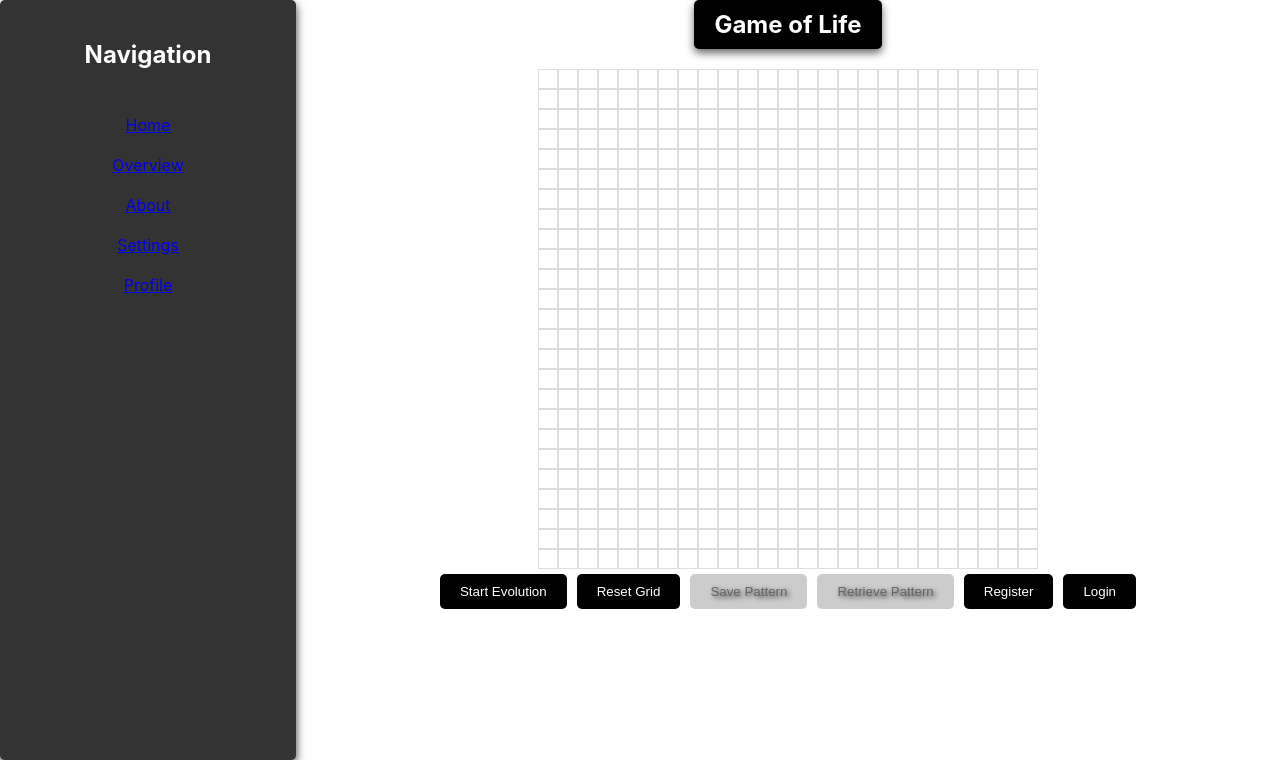
Repository: MarioDiekmann/GameOfLife
Page: /
An editor plug-in stored every save of this project. The page is shown before and after the next save, followed by the edit.
The browser window is 1280 px wide. The pictures show the whole page.
The project was rebuilt for these pictures with package versions that can differ from the ones it lists, and the page was loaded fresh each time. Also part of the build but not shown: src/components/InputForm.js, src/components/LoadPatternForm.js, src/components/RegistrationForm.js, src/components/LoginForm.js, src/pages/Overview.js.

Above is the page before, as saved 2024-11-06 18:43:21.

### src/App.js
import React from 'react';
import { BrowserRouter as Router, Route, Routes } from 'react-router-dom';
import Game from './components/Game';
import Overview from './pages/Overview';
import './App.css';
import {AuthProvider} from './AuthContext';


function App() {
  return (
    <AuthProvider>
    <Router>
      <div className="App">
        <Routes>
          <Route path="/" element={<Game/>} />
          <Route path="/Overview" element={<Overview/>} />
        </Routes>
      </div>
    </Router>
    </AuthProvider>
  );
}

export default App;

### src/components/Game.js
import React, { useState, useEffect, useCallback, useRef, useContext } from "react";
import Cell from "./Cell";
import axios from "axios";
import InputForm from "./InputForm";
import './Game.css';
import NavBar from "./NavBar";
import LoadPatternForm from "./LoadPatternForm";
import RegistrationForm from "./RegistrationForm";
import LoginForm from "./LoginForm";
import { AuthContext } from '../AuthContext';

const Game = () => {
    const startingsize = 25;
    const [size, setSize] = useState(startingsize);
    const [epochs, setEpochs] = useState(0);
    const [isEvolving, setIsEvolving] = useState(false);
    const [initialPattern, setInitialPattern] = useState([]);
    const [numResizes, setNumResizes] = useState(0);


    const [isFormVisible, setIsFormVisible] = useState(false); // State to control form visibility
    const [patternRequested, setPatternRequested] = useState(false);
    const [registrationRequested, setRegistrationRequested] = useState(false);
    const [loginRequested, setLoginRequested] = useState(false);
    const initGrid = () => Array.from({ length: size }, () => Array(size).fill(false));
    const [grid, setGrid] = useState(initGrid());
    const [tokenPresent, setTokenPresent] = useState(false);

    const previousGridRef = useRef(grid); // Reference to hold the previous grid

    const { isTokenExpired, handleLogout, token } = useContext(AuthContext);

    useEffect(() => {
        if (isTokenExpired || !token) {
            setTokenPresent(false);
            if (isTokenExpired) {
                alert("Your session has expired. Please log in again.");
                handleLogout();
            }
        } else {
            setTokenPresent(true);
        }
    }, [isTokenExpired, token, handleLogout]);

    const toggleCellState = (row, col) => {
        setGrid(prevGrid => {
            const newGrid = prevGrid.map((r, i) =>
                r.map((cell, j) => (i === row && j === col ? !cell : cell))
            );
            return newGrid;
        });
    };

    const resetGrid = () => {
        setIsEvolving(false);
        setEpochs(0);
        setSize(prevSize => {
            const newGrid = Array.from({ length: startingsize }, () => Array(startingsize).fill(false));
            setGrid(newGrid);
            setInitialPattern(newGrid);
            setNumResizes(0);
            return startingsize;
        });
    };

    const renderGrid = () => {
        return grid.map((row, rowIndex) => (
            <div key={rowIndex} className="row">
                {row.map((cell, colIndex) => (
                    <Cell
                        key={`${rowIndex}-${colIndex}`}
                        isAlive={cell}
                        onClick={() => toggleCellState(rowIndex, colIndex)}
                        numResizes = {numResizes}
                    />
                ))}
            </div>
        ));
    };

    const countNeighboursAlive = useCallback((row, col) => {
        let count = 0;
        for (let i = row - 1; i <= row + 1; i++) {
            for (let j = col - 1; j <= col + 1; j++) {
                if ((i >= 0 && i < size) && (j >= 0 && j < size) && !(i === row && j === col)) {
                    count += grid[i][j] ? 1 : 0;
                }
            }
        }
        return count;
    }, [grid, size]);

    const updateGrid = useCallback(() => {
        let newGrid = grid.map((row, rowIndex) =>
            row.map((cell, colIndex) => {
                const gridCount = countNeighboursAlive(rowIndex, colIndex);
                return cell ? gridCount === 2 || gridCount === 3 : gridCount === 3;
            })
        );
        setGrid(newGrid);
        return newGrid;
    }, [countNeighboursAlive, grid]);

    const saveInitialPattern = () => {                                          //CAN I MAKE IT SAVE WITHOUT STARTING EVOLUTION
        const deepCopy = grid.map(row => row.slice());
        setInitialPattern(deepCopy); // Save current grid as the initial pattern
    };

    const checkEdges = useCallback(() => {
        const indicesAlive = [];
        // Check upper, right, lower, and left edges
        for (let col = 0; col < size - 2; col++) {
            if (grid[0][col] && grid[0][col + 1] && grid[0][col + 2]) {
                indicesAlive.push([0, col + 1]);
                indicesAlive.push([-1, col + 1]);
            }
        }
        for (let row = 0; row < size - 2; row++) {
            if (grid[row][size - 1] && grid[row + 1][size - 1] && grid[row + 2][size - 1]) {
                indicesAlive.push([row + 1, size - 1]);
                indicesAlive.push([row + 1, size]);
            }
        }
        for (let col = size - 1; col > 1; col--) {
            if (grid[size - 1][col] && grid[size - 1][col - 1] && grid[size - 1][col - 2]) {
                indicesAlive.push([size - 1, col - 1]);
                indicesAlive.push([size, col - 1]);
            }
        }
        for (let row = size - 1; row > 1; row--) {
            if (grid[row][0] && grid[row - 1][0] && grid[row - 2][0]) {
                indicesAlive.push([row - 1, 0]);
                indicesAlive.push([row - 1, -1]);
            }
        }
        return indicesAlive;
    }, [grid, size]);

    const expandGrid = useCallback((indicesAlive) => {
        setGrid(prevGrid => {
            const newSize = 2 * size; // Double the size
            setNumResizes(prev => prev + 1);
            const newGrid = Array.from({ length: newSize }, () => Array(newSize).fill(false));

            // Calculate the offset to center the old grid in the new one
            const rowOffset = Math.floor((newSize - size) / 2);
            const colOffset = Math.floor((newSize - size) / 2);

            // Copy the existing grid to the center of the new grid
            for (let row = 0; row < size; row++) {
                for (let col = 0; col < size; col++) {
                    if (prevGrid[row][col]) {
                        newGrid[row + rowOffset][col + colOffset] = true; // Copy with offsets
                    }
                }
            }

            // Handle indicesAlive and place the alive cells correctly
            for (const [row, col] of indicesAlive) {
                let newRow = row;
                let newCol = col;

                // Adjust row and col if they are outside the original grid
                if (row === -1) newRow = rowOffset - 1;
                if (col === -1) newCol = colOffset - 1;

                newRow += rowOffset;
                newCol += colOffset;

                // Make sure the calculated newRow and newCol are within bounds
                if (newRow >= 0 && newRow < newSize && newCol >= 0 && newCol < newSize) {
                    newGrid[newRow][newCol] = true;  // Mark the cell as alive in the new grid
                }
            }

            setSize(newSize);  // Update size to the new expanded size
            return newGrid;
        });
    }, [size]);

    const runEpoch = useCallback(() => {
        const prevGrid = previousGridRef.current;
        const newGrid = updateGrid();

        const gridsAreEqual = prevGrid.every((row, i) =>
            row.every((cell, j) => cell === newGrid[i][j])
        );

        if (gridsAreEqual) {
            setIsEvolving(false);
            alert("You reached a stillstand");
            return true;
        }

        const indicesAlive = checkEdges(); // Check if we need to expand the grid
        if (indicesAlive.length !== 0) {
            expandGrid(indicesAlive);
        }

        setEpochs(prevEpochs => prevEpochs + 1);
        previousGridRef.current = newGrid;
        return false;
    }, [checkEdges, expandGrid, updateGrid]);

    useEffect(() => {
        if (!isEvolving) return;

        const maxEpochs = 1000;
        let updatedEpochs = 0;

        const interval = setInterval(() => {
            if (updatedEpochs < maxEpochs) {
                const stillstand = runEpoch();
                if (stillstand) {
                    clearInterval(interval);
                }
                updatedEpochs++;
            } else {
                setIsEvolving(false);
                clearInterval(interval);
            }
        }, 2000);

        return () => clearInterval(interval);
    }, [isEvolving, runEpoch]);

    const startEvolution = () => {
        previousGridRef.current = grid;
        saveInitialPattern();
        setIsEvolving(!isEvolving);

    };

    const stopEvolution = () => {
        previousGridRef.current = grid;
        setIsEvolving(!isEvolving);
    };

    const retrievePattern = (pattern)=>{
        initGrid();
        setGrid(pattern);
        setInitialPattern(pattern);
        setEpochs(0);
        setIsEvolving(false);
        setPatternRequested(false);
    }

    const closeForm = () => {
        setIsFormVisible(false); // Close the save pattern form
        setPatternRequested(false); // Close the retrieve pattern form
        setRegistrationRequested(false); // Close the registration form
        setLoginRequested(false); // Close the login form
    };

    const closeLogin = () => {
        setLoginRequested(false); // Close the login form
        window.location.reload();
    };

    const makeFormVisible = () => {
        saveInitialPattern();                                       //now does it work wiout start evolution???
        setIsFormVisible(true); // Show the form to save pattern
    };

    const makeRequestVisible = () => {
        setPatternRequested(true); // Show the form to retrieve pattern
    };

    const makeRegistrationVisible = () => {
        setRegistrationRequested(true); // Show the form to register
    };

    const makeLoginVisible = () => {
        if(token){
            handleLogout();
        }
        else{
        setLoginRequested(true)}; // Show the form to log in

    };

    return (
        <div style={{ display: 'flex', height: '100vh' }}>
            <NavBar />
            <div style={{ flexGrow: 1, display: 'flex', flexDirection: 'column', alignItems: 'center' }}>
                <div className="banner">
                    <h1>Game of Life</h1>
                </div>
                <br />

                {renderGrid()}
                <div className="button-container">
    <button className="button" onClick={isEvolving ? stopEvolution : startEvolution}>
        {isEvolving ? "Stop Evolution" : "Start Evolution"}
    </button>
    <button className="button reset-btn" onClick={resetGrid}>Reset Grid</button>
    {/*<div>EPOCHS: {epochs}</div>*/}
    <button className="button" onClick={makeFormVisible} disabled={!tokenPresent}>Save Pattern</button>
    <button className="button" onClick={makeRequestVisible} disabled={!tokenPresent}> Retrieve Pattern</button>
    <button className="button" onClick={makeRegistrationVisible}>Register</button>
    <button className="button" onClick={makeLoginVisible}>{token ? "Logout" : "Login"}</button>
</div>


                {/* Show the form conditionally */}
                {isFormVisible && (
                    <div className="popup-overlay">
                        <div className="popup-content">
                            <InputForm pattern={initialPattern} onSubmit={closeForm} />
                        </div>
                    </div>
                )}
                {patternRequested && (
                    <div className="popup-overlay">
                        <div className="popup-content">
                            <LoadPatternForm onSubmit={closeForm} dataHandling={retrievePattern}  />
                        </div>
                    </div>
                )}
                {registrationRequested && (
                    <div className="popup-overlay">
                        <div className="popup-content">
                            <RegistrationForm onSubmit={closeForm} />
                        </div>
                    </div>
                )}
                {loginRequested && (
                    <div className="popup-overlay">
                        <div className="popup-content">
                            <LoginForm onSubmit={closeLogin} />
                        </div>
                    </div>
                )}
            </div>
        </div>
    );
};

export default Game;

### src/AuthContext.js
import React, { createContext, useState, useEffect, useRef, useCallback } from 'react';

export const AuthContext = createContext();

export const AuthProvider = ({ children }) => {
    const [token, setToken] = useState(localStorage.getItem('authToken'));
    const tokenRef = useRef(token);
    const expirationCheckInterval = useRef(null);

    const isTokenExpired = (token) => {
        if (!token) return true;
        try {
            const { exp } = JSON.parse(atob(token.split('.')[1]));
            return Date.now() >= exp * 1000;
        } catch (error) {
            console.error('Error checking token expiration:', error);
            return true;
        }
    };

    const handleLogout = useCallback(() => {
        console.log('Logging out, clearing token');
        localStorage.removeItem('authToken');
        setToken(null);
        tokenRef.current = null;
        clearInterval(expirationCheckInterval.current);
    }, []);

    const handleExpirationAlert = useCallback(() => {
        console.log('Session expired, alerting user');
        alert('Your session has expired. Please log in again.');
        handleLogout();
    }, [handleLogout]);

    const handleLogin = (newToken) => {
        console.log('Logging in with new token:', newToken);
        localStorage.setItem('authToken', newToken);
        setToken(newToken);
        tokenRef.current = newToken;

        // Check for expiration immediately
        if (isTokenExpired(newToken)) {
            handleExpirationAlert();
        } else {
            startExpirationCheck();
        }
    };

    const startExpirationCheck = useCallback(() => {
        console.log('Starting expiration check interval');
        clearInterval(expirationCheckInterval.current);
        expirationCheckInterval.current = setInterval(() => {
            console.log('Interval tick, checking token expiration');
            if (isTokenExpired(tokenRef.current)) {
                handleExpirationAlert();
            }
        }, 1000);
    }, [handleExpirationAlert]);

    useEffect(() => {
        console.log('useEffect triggered: token is', token);
        tokenRef.current = token;

        if (token) {
            console.log('Token is set, starting expiration check');
            startExpirationCheck();
        } else {
            console.log('No token, clearing interval');
            clearInterval(expirationCheckInterval.current);
        }

        return () => {
            console.log('Clearing interval on unmount or dependency change');
            clearInterval(expirationCheckInterval.current);
        };
    }, [token, startExpirationCheck]);

    return (
        <AuthContext.Provider value={{ token, handleLogin, handleLogout }}>
            {children}
        </AuthContext.Provider>
    );
};

### src/components/Cell.js
import React, { useEffect, useState } from 'react';
import './Cell.css';

const Cell = ({ isAlive, onClick, numResizes }) => {
  // Calculate the size of the cell relative to the screen size
  const [cellSize, setCellSize] = useState(0);

  useEffect(() => {
    // Update cell size based on screen width and height
    const updateCellSize = () => {
      const screenWidth = window.innerWidth;
      const screenHeight = window.innerHeight;

      // Calculate the number of cells that can fit horizontally and vertically
      const cellsPerRow = Math.floor(screenWidth / 20); // 20px is the minimum width for a cell
      const cellsPerColumn = Math.floor(screenHeight / 20); // 20px is the minimum height for a cell

      // Choose the smaller of the two values to ensure the grid fits within the screen
      const cellSize = Math.min(screenWidth / cellsPerRow, screenHeight / cellsPerColumn);

      setCellSize(cellSize);
    };

    // Call once on mount and whenever the window is resized
    updateCellSize();
    window.addEventListener('resize', updateCellSize);

    return () => {
      window.removeEventListener('resize', updateCellSize);
    };
  }, []);

  return (
    <div
      className={`cell ${isAlive ? 'alive' : 'dead'}`}
      onClick={onClick}
      style={{
        width: `${cellSize}px`,
        height: `${cellSize}px`,
      }}
    ></div>
  );
};

export default Cell;

### src/components/Game.css
.popup-overlay {
    position: fixed;
    top: 0;
    left: 0;
    width: 100%;
    height: 100%;
    background: rgba(0, 0, 0, 0.5); /* Semi-transparent background */
    display: flex;
    justify-content: center;
    align-items: center;
    z-index: 1000; /* Ensure it's above other content */
}

.popup-content {
    background: white;
    padding: 20px;
    border-radius: 8px;
    box-shadow: 0 4px 8px rgba(0, 0, 0, 0.1);
    width: 300px;
    z-index: 1001; /* Above the backdrop */
}

body.modal-open {
    overflow: hidden; /* Prevent scrolling when modal is open */
}

.banner {
    background-color: black;
    padding: 10px 20px; /* Adjusted padding for a tighter fit */
    display: inline-block; /* Makes the banner fit the text */
    text-align: center;
    box-shadow: 0 4px 8px rgba(0, 0, 0, 0.6);
    border-radius: 5px; /* Optional: Adds rounded corners */
}

.banner h1 {
    color: white;
    font-size: 2.5em; /* Slightly reduced font size for better fit */
    text-shadow: 2px 2px 5px rgba(0, 0, 0, 0.8);
    margin: 0; /* Removes default margin */
}



.button {
    background-color: black; /* Same as the banner background */
    color: white; /* White text for contrast */
    padding: 10px 20px; /* Padding for a better touch target */
    border: none; /* Remove default border */
    border-radius: 5px; /* Rounded corners */
    cursor: pointer; /* Pointer cursor on hover */
    margin: 5px; /* Space between buttons */
    text-shadow: 2px 2px 5px rgba(0, 0, 0, 0.8); /* Similar text shadow as the banner */
}

.button:hover {
    background-color: #333; /* Slightly lighter on hover */
}

.button:disabled {
    background-color: #ccc; /* Grey background for disabled state */
    color: #666; /* Lighter text color */
    cursor: not-allowed; /* Change cursor to indicate it's disabled */
    pointer-events: none; /* Prevent click events */
}

.button-container {
    position: relative;
    display: inline-block;
}

.tooltip-text {
    visibility: hidden;
    position: absolute;
    bottom: 125%; /* Position above the button */
    left: 50%;
    transform: translateX(-50%);
    background-color: #333;
    color: #fff;
    padding: 5px 10px;
    border-radius: 5px;
    font-size: 0.9em;
    white-space: nowrap;
    z-index: 10;
    opacity: 0;
    transition: opacity 0.3s ease;
}

.button-container:hover .tooltip-text {
    visibility: visible;
    opacity: 1;
}




.row {
    display: flex;
}

.cell {
    border: 1px solid #ddd;
    transition: background-color 0.3s;
}
.cell.alive {
    background-color: black;
}
.cell.dead {
    background-color: white;
}

### src/components/NavBar.js
import React from 'react';
import { Link } from 'react-router-dom';
import './NavBar.css';

const NavBar = () => {
    const navItems = [
        { name: "Home", path: "/" },
        { name: "Overview", path: "/Overview" },
        { name: "About", path: "/about" },
        { name: "Settings", path: "/settings" },
        { name: "Profile", path: "/profile" },
    ];

    return (
        <div className="navbar">
            <h2>Navigation</h2>
            <ul>
                {navItems.map((item, index) => (
                    <li key={index}>
                        <Link to={item.path}>{item.name}</Link>
                    </li>
                ))}
            </ul>
        </div>
    );
};

export default NavBar;

### src/pages/Overview.css
/* Overview.css */
.overview-container {
    display: flex;
    height: 100vh;
}

.navbar {
    width: 20%;
    background-color: #333;
    color: #fff;
    display: flex;
    flex-direction: column;
    align-items: center;
    padding-top: 20px;
    min-height: 100%;
}

.content {
    flex: 1;
    display: flex;
    flex-direction: column;
    align-items: center;
    padding: 20px;
}

.banner h1 {
    color: white;
    font-size: 1.5em;
    text-shadow: 1px 1px 2px rgba(0, 0, 0, 0.5);
    margin: 0;
}

.text-content {
    margin-top: 20px;
    color: #333;
    text-align: center;
    font-size: 1.2em;
}

### src/components/Cell.css
.cell {
  display: inline-flex; /* Align cells next to each other */
  border: 2px solid #ddd;
  box-sizing: border-box; /* Ensure padding and border are included in width/height */
  transition: background-color 0.3s;
}

.cell.alive {
  background-color: black; /* Green for living cells */
}

.cell.dead {
  background-color: white; /* Red for dead cells */
}

### src/components/NavBar.css
.navbar {
    background-color: black;            /* Black background */
    color: white;                       /* White text color */
    padding: 20px;                      /* Padding around the content */
    width: 200px;                       /* Set width for the navbar */
    box-shadow: 0 4px 10px rgba(0, 0, 0, 0.8); /* Add shadow */
    border-radius: 5px;                /* Rounded corners */
    height: 100%;                       /* Full height */
}

.navbar h2 {
    text-align: center;                 /* Center header text */
    margin-bottom: 20px;                /* Space below the header */
}

/* Other styles remain unchanged */


.navbar ul {
    list-style-type: none;              /* Remove default list styles */
    padding: 0;                         /* Remove padding */
}

.navbar li {
    padding: 10px;                      /* Padding for each item */
    cursor: pointer;                    /* Pointer cursor on hover */
    text-align: center;                 /* Center text */
    transition: background-color 0.3s;  /* Smooth background change */
}

.navbar li:hover {
    background-color: #444;             /* Change background on hover */
}

Loaded but not shown: public/index.html (common file); src/index.js (common file); src/index.css (common file); src/reportWebVitals.js (common file); src/App.css (common file)

After the next save:
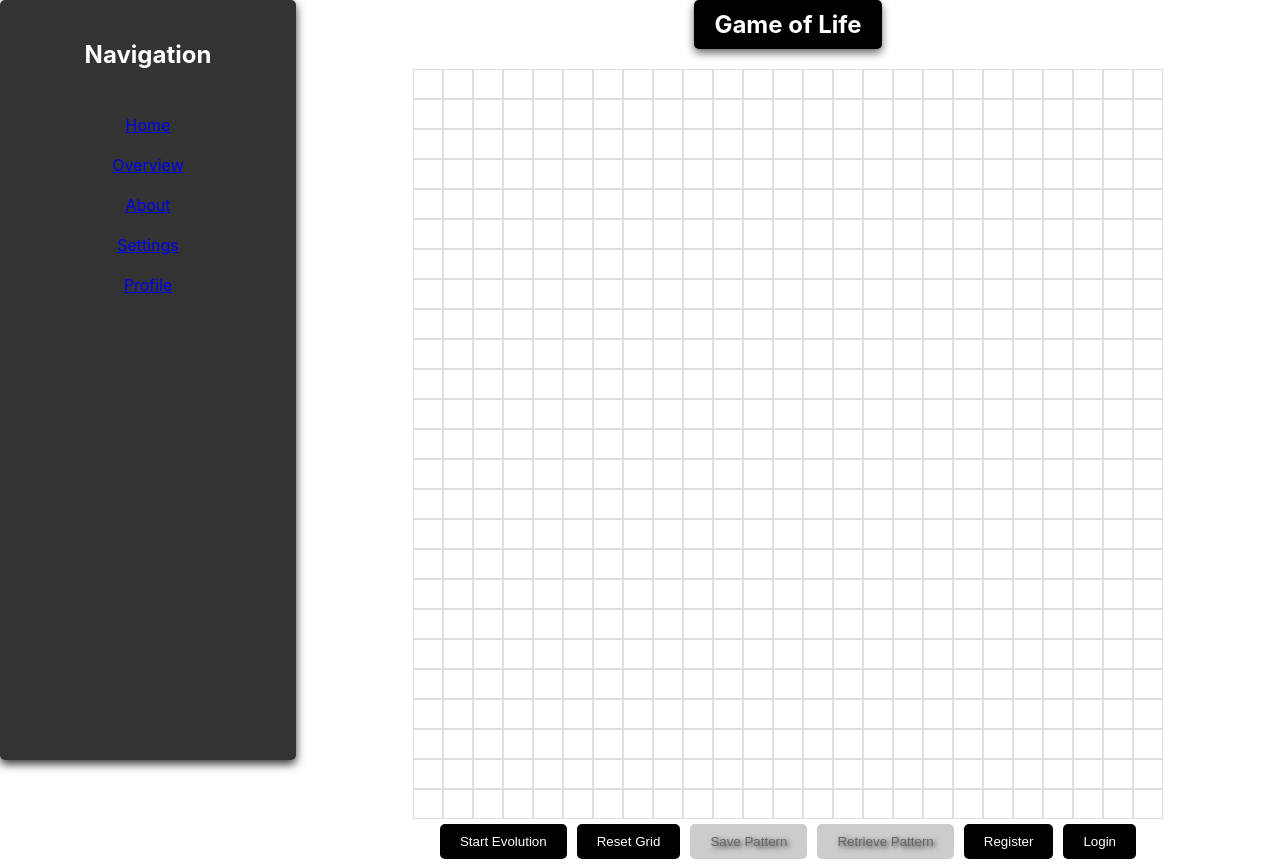
Saved 84 s later.
--- a/src/components/Cell.js
+++ b/src/components/Cell.js
@@ -12,8 +12,8 @@ const Cell = ({ isAlive, onClick, numResizes }) => {
       const screenHeight = window.innerHeight;
 
       // Calculate the number of cells that can fit horizontally and vertically
-      const cellsPerRow = Math.floor(screenWidth / 20); // 20px is the minimum width for a cell
-      const cellsPerColumn = Math.floor(screenHeight / 20); // 20px is the minimum height for a cell
+      const cellsPerRow = Math.floor(screenWidth / 30); // 20px is the minimum width for a cell
+      const cellsPerColumn = Math.floor(screenHeight / 30); // 20px is the minimum height for a cell
 
       // Choose the smaller of the two values to ensure the grid fits within the screen
       const cellSize = Math.min(screenWidth / cellsPerRow, screenHeight / cellsPerColumn);
